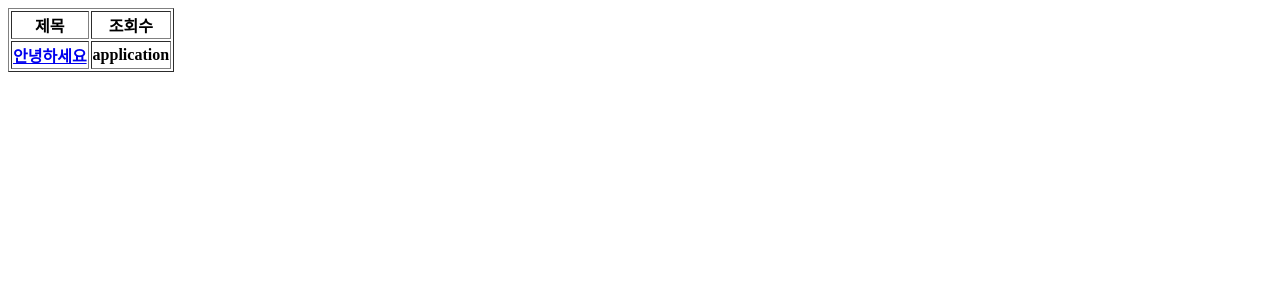
Repository: ryu1917/jsp
Page: http://localhost/jsp03/quiz/hi.jsp
The author's editor kept a copy of each file at every save. The page is drawn from the files as they stood at one save, then again after the next save.
The browser window is 1280 px wide. The pictures show the whole page.
The page is served by Tomcat 9.

Above is the page before, as saved 2021-04-22 07:55:39.

### workspace/jsp03/src/main/webapp/quiz/hi.jsp
<%@page import="java.awt.print.Printable"%>
<%@ page language="java" contentType="text/html; charset=UTF-8"
    pageEncoding="UTF-8"%>
<!DOCTYPE html>
<html>
<head>
<meta charset="UTF-8">
<title>Insert title here</title>
</head>
<body>
<%application.setAttribute("name","application");%>
<table border="1">
	<tr>
	<th>제목</th>
	<th>조회수</th>
	</tr>
	<tr>
	<th><a href="post.jsp">안녕하세요</a></th>
	<th>
	<%= application.getAttribute("name")%></th>
	</tr>
	</table>

</body>
</html>

After the next save:
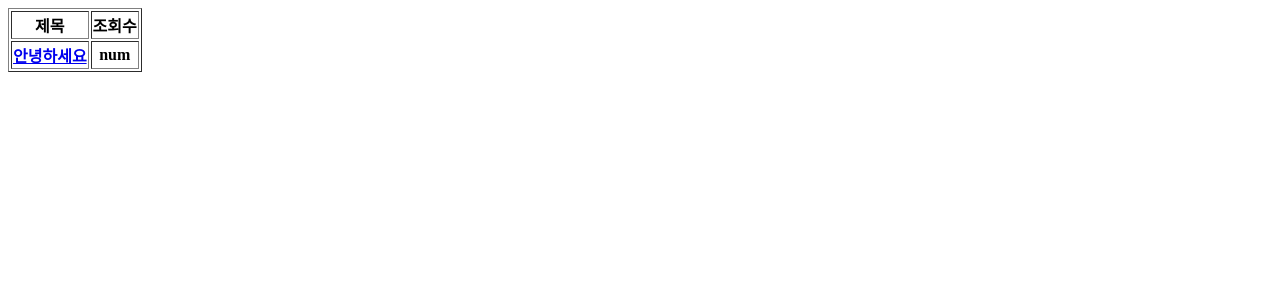
Saved 31 s later.
--- a/workspace/jsp03/src/main/webapp/quiz/hi.jsp
+++ b/workspace/jsp03/src/main/webapp/quiz/hi.jsp
@@ -8,7 +8,7 @@
 <title>Insert title here</title>
 </head>
 <body>
-<%application.setAttribute("name","application");%>
+<%application.setAttribute("name","num");%>
 <table border="1">
 	<tr>
 	<th>제목</th>
